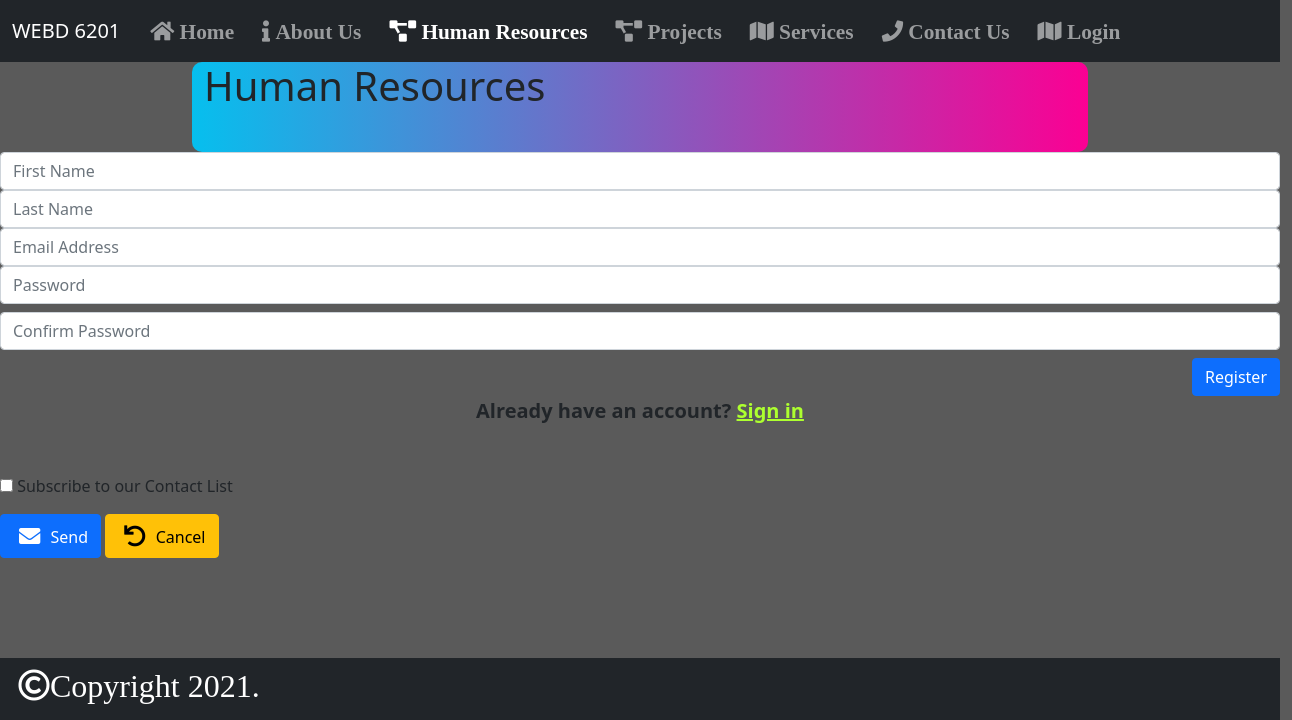
Repository: vans12345678/WEBD6201-W2021-Lab2
Page: human-resources.html
An editor plug-in stored every save of this project. The page is shown before and after the next save, followed by the edit.
The browser window is 1280 px wide. The page is 1292 px wide, so the pictures cover 1292 px, including what lies to the right of the window. The pictures show the whole page.

Above is the page before, as saved 2021-03-06 19:01:33.

### human-resources.html
<!--human-resources.html
Name: Andre Agrippa, Michai Pryce
Date: 02/05/2021
-->
<!DOCTYPE html>
<html lang="en">
<head>
    <meta charset="UTF-8">
    <meta name="viewport" content="width=device-width, initial-scale=1.0">
    <title>Human Resources</title>

    <!-- CSS Section -->
    <link rel="stylesheet" href="./node_modules/bootstrap/dist/css/bootstrap.min.css">
    <link rel="stylesheet" href="./node_modules/@fortawesome/fontawesome-free/css/all.min.css">
    <link rel="stylesheet" href="./Content/app.css">
</head>
<body>
  <!-- Main Header -->
    <header>
      <!-- Main Navigation -->
        <nav class="navbar navbar-expand-lg navbar-dark bg-dark">
            <div class="container-fluid">
              <a id ="navHome" class="navbar-brand" href="index.html"></a>
              <button class="navbar-toggler" type="button" data-bs-toggle="collapse" data-bs-target="#navbarSupportedContent" aria-controls="navbarSupportedContent" aria-expanded="false" aria-label="Toggle navigation">
                <span class="navbar-toggler-icon"></span>
              </button>
              <div class="collapse navbar-collapse" id="navbarSupportedContent">
                <ul id = "ulNav" class="navbar-nav me-auto mb-2 mb-lg-0">
                  <li class="nav-item">
                    <a  class="nav-link" aria-current="page" href="index.html"><i id ="navIndex"class = "fas fa-home fa-lg"></i></a>
                  </li>
                  <li class="nav-item" id ="navAbout">
                    <a  class="nav-link " aria-current="page" href="about.html"><i id ="navAboutItem"class = "fas fa-info fa-lg"></i></a>
                  </li>
                  <li class="nav-item">
                    <a  class="nav-link" aria-current="page" href="projects.html"><i id ="navProjects" class ="fas fa-project-diagram fa-lg">Products</i></a>
                  </li>
                  <li class="nav-item">
                    <a  class="nav-link" aria-current="page" href="services.html"><i id ="navServices"class = "fas fa-map fa-lg"></i></a>
                  </li>
                  <li class="nav-item">
                    <a  class="nav-link " aria-current="page" href="contact.html"><i id ="navContact"class = "fas fa-phone fa-lg"></i></a>
                  </li>
                  <li class="nav-item" id="liLogin">
                    <a  class="nav-link " aria-current="page" href="login.html"><i  id ="navLogin" class = "fas fa-map fa-lg"></i></a>
                  </li>
                </ul>
              </div>
            </div>
          </nav>
    </header>
  <!-- Main Contents -->
    <main>
        <h1 class = "container">Human Resources</h1>
        <form>

                <input class="form-control" type="text" id="firstName" placeholder="First Name" name="firstName" required/>
                <input class="form-control" type="text" name="lastName" id="lastName" placeholder="Last Name" required/>

                <input id="emailAddress" type="email" class="form-control" placeholder="Email Address" aria-label="Email Address" aria-describedby="Email Address Input"
                name="emailAddress" required/>
          <div class="form-group mb-2">
            <div class="row">
              <div class="col-md-12">
                <input type="password" class="form-control" id="password" name="password"
                value="" placeholder="Password"required/>
              </div>
            </div>
          </div>
          <div class="form-group mb-2">
            <div class="row">
              <div class="col-md-12">
                <input type="password" class="form-control" id="confirmPassword" name="confirmPassword"
                value="" placeholder="Confirm Password" required/>
              </div>
            </div>
          </div>
          <div class="text-end">
            <button id="registerButton" type="button" class="btn btn-primary btn-md buttonMargin">Register</button>
          </div>
          <p class="text-center fs-5 fw-bold">
          Already have an account?
          <a href="login.html">Sign in</a>
          </p>







        <div class = " mt-5 mb-3">
          <!-- <span class="input-group-text" id="inputGroup-sizing-default">Subscribe</span> -->
          <input id="subscribeCheckBox" name="subscribeCheckBox"class="" type="checkbox" value="">
          <label class="form-check-label" for="flexCheckChecked"> Subscribe to our Contact List</label>
        </div>

          <button id="sendButton" type="submit" class="btn btn-primary"><i class="fas fa-envelope fa-lg"></i> Send</button>
          <button id="cancelButton" type="reset" class="btn btn-warning"><i class="fas fa-undo fa-lg"></i> Cancel</button>
        </form>
    </main>
    <!-- Main Footer -->
    <footer>
      <nav class="navbar fixed-bottom navbar-dark bg-dark">
          <div class="container-fluid">
              <h4><i id = "footer"class="far fa-copyright fa-lg site-footer"></i></h4>
          </div>
        </nav>
  </footer>
    <!-- Script Section -->
    <script src="./node_modules/jquery/dist/jquery.min.js"></script>
    <script src="./node_modules/bootstrap/dist/js/bootstrap.bundle.min.js"></script>
    <script src="./Scripts/namespace.js"></script>
    <script src="./Scripts/user.js"></script>
    <script src="./Scripts/app.js"></script>
</body>
</html>

### Content/app.css
/* custom css goes here */
.Vapor {
    background-image: url('../images/vapor.jpg');
    background-repeat: no-repeat;
    background-attachment: fixed;
    background-size: 100% 100%;
  }
  a {
    color: greenyellow;
  }
  .textFont
  {
    font-family: Arial, Helvetica, sans-serif;
    line-height: 32px;
  }
  body
  {
    background-color: rgb(90, 90, 90);
  }
  h1.container{
    border-radius: 10px;
    width: 70%;
    height: 90px;
    margin: 0px auto;
    background: linear-gradient(90deg,#06bfee,#fb0093)
  }
  h1.projects{
    background-color: white;
  }
  .contact-table{
    width: 100%;
    margin:  50px auto;
    background-color: white;
  }
  .contact-form
  {
    width: 100%;
    margin:  100px auto;
  }
  .warnMessage
  {
    width: 90%;
    margin:  50px;
  }
  .site-footer {
    color:white;
  }
  .formMargin
  {
    margin: 35px 70px;
  }
  .inputMargin
  {
    margin: 5px 10px;
  }
  .formBackground
  {
    background-color: rgba(20, 174, 235, 0.822);
    border: 5px solid rgb(0, 238, 255);

  }
  i{
    margin:7px 6px;
  }

### Scripts/namespace.js
//Namespace core
let core;

### Scripts/user.js
"use strict";
// User Class

((core)=>
{
  class User {
    // getters and setters
    get DisplayName()
    {
      return this.m_displayName;
    }

    set DisplayName(value)
    {
      this.m_displayName = value;
    }

    get EmailAddress()
    {
      return this.m_emailAddress;
    }

    set EmailAddress(value)
    {
      this.m_emailAddress = value;
    }

    get Username()
    {
      return this.m_username;
    }

    set Username(value)
    {
      this.m_username = value;
    }
    get Password()
    {
      return this.m_password;
    }

    set Password(value)
    {
      this.m_password = value;
    }

    // constructor
    /**
     * Creates an instance of user
     * @param {string} displayName
     * @param {string} emailAddress
     * @param {string} username
     * @param {string} password
     */
    constructor(displayName = "", emailAddress = "", username = "", password = "")
    {
      this.DisplayName = displayName;
      this.EmailAddress = emailAddress;
      this.Username = username;
      this.Password = password;

    }

    // methods

    /**
     * This method overrides the built-in toString method for the User class
     *
     * @returns {string}
     */
    toString()
    {
      return `Display Name     : ${this.DisplayName}\nEmail Address : ${this.EmailAddress}\nUser Name : ${this.Username}`;
    }

    /**
     * This method returns a JSON object made up of the properties of the User class
     *
     * @returns {Object}
     */
    toJSON()
    {
      return {
        "DisplayName": this.DisplayName,
        "EmailAddress": this.EmailAddress,
        "Username":this.Username
      }
    }

    /**
     * This method takes a JSON data object and assigns the value to the User class properties
     *
     * @param {Object} data
     */
    fromJSON(data)
    {
      this.DisplayName = data.DisplayName;
      this.EmailAddress = data.EmailAddress;
      this.Username = data.Username;
      this.Password = data.Password;
    }

    /**
     * This method converts the User into a comma-separated value string
     *
     * @returns {string}
     */
    serialize()
    {
      if(this.DisplayName !== "" && this.EmailAddress !== "" && this.Username !== "")
      {
        return `${this.DisplayName},${this.EmailAddress},${this.Username}`;
      }
      else
      {
        console.error("One or more properties of the User is empty");
        return null;
      }
    }

    /**
     * This method takes a comma-separated data string and assigns the values to the User class properties
     *
     * @param {string} data
     * @return {void}
     */
    deserialize(data)
    {
      let propertyArray = data.split(",");
      this.DisplayName = propertyArray[0];
      this.EmailAddress = propertyArray[1];
      this.Username = propertyArray[2];
    }
  }

  core.User = User;

})(core || (core={}));

Loaded but not shown: node_modules/bootstrap/dist/css/bootstrap.min.css (library); node_modules/@fortawesome/fontawesome-free/css/all.min.css (library); node_modules/jquery/dist/jquery.min.js (library); node_modules/bootstrap/dist/js/bootstrap.bundle.min.js (library); Scripts/app.js (639 lines, source omitted)

After the next save:
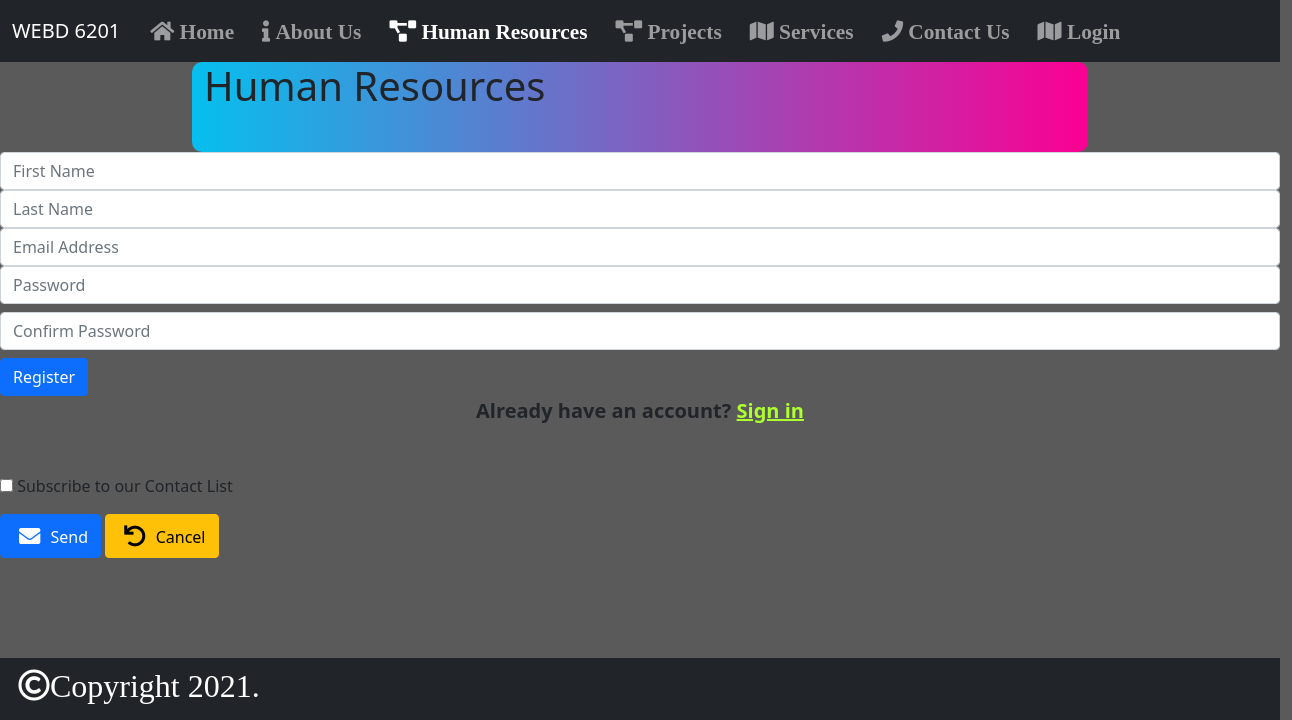
Saved 22 s later.
--- a/human-resources.html
+++ b/human-resources.html
@@ -75,7 +75,7 @@ Date: 02/05/2021
               </div>
             </div>
           </div>
-          <div class="text-end">
+          <div class="">
             <button id="registerButton" type="button" class="btn btn-primary btn-md buttonMargin">Register</button>
           </div>
           <p class="text-center fs-5 fw-bold">
